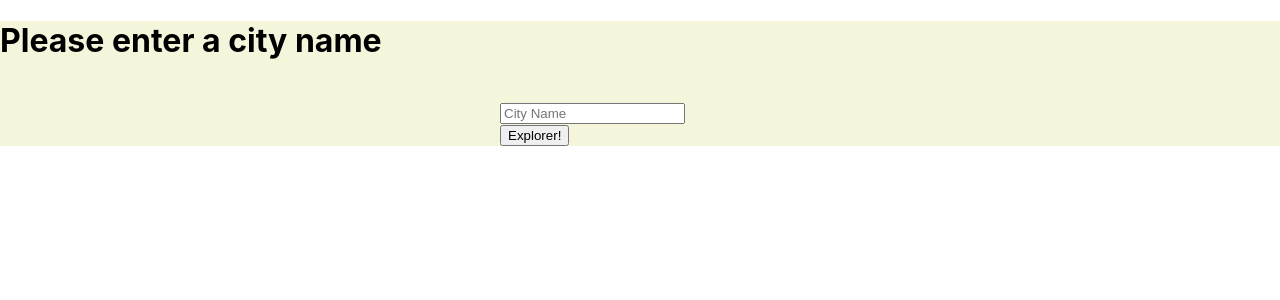
Repository: Razan-am/city-explorer-api-front
Page: /
An editor plug-in stored every save of this project. The page is shown before and after the next save, followed by the edit.
The browser window is 1280 px wide. The pictures show the whole page.
The project was rebuilt for these pictures with package versions that can differ from the ones it lists, and the page was loaded fresh each time. Also part of the build but not shown: src/components/Weather.js.

Above is the page before, as saved 2021-07-09 22:55:27.

After the next save:
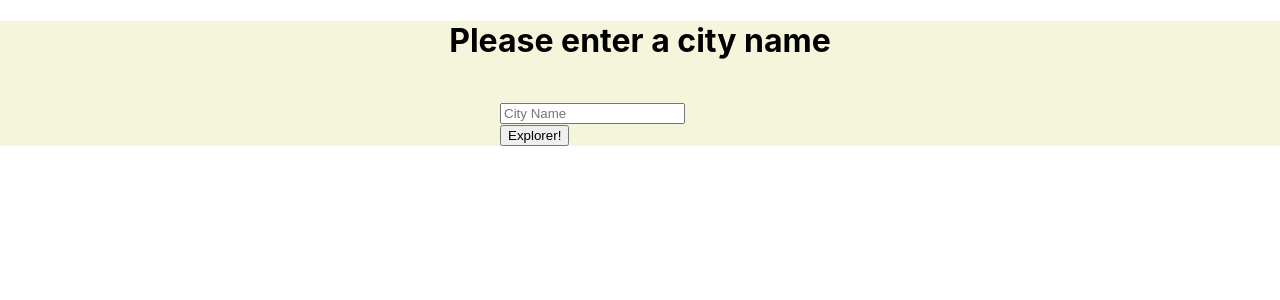
Saved 9 s later.
--- a/src/App.js
+++ b/src/App.js
@@ -67,7 +67,7 @@ class App extends Component {
   render() {
     return (
       <div style={{ backgroundColor:'beige'}}>
-        <h1 style={{ display:'center'}}>Please enter a city name </h1>
+        <h1 style={{ textAlign:'center'}}>Please enter a city name </h1>
         <AlertMessage
           alert={this.state.alert}
           error={this.state.error} />
